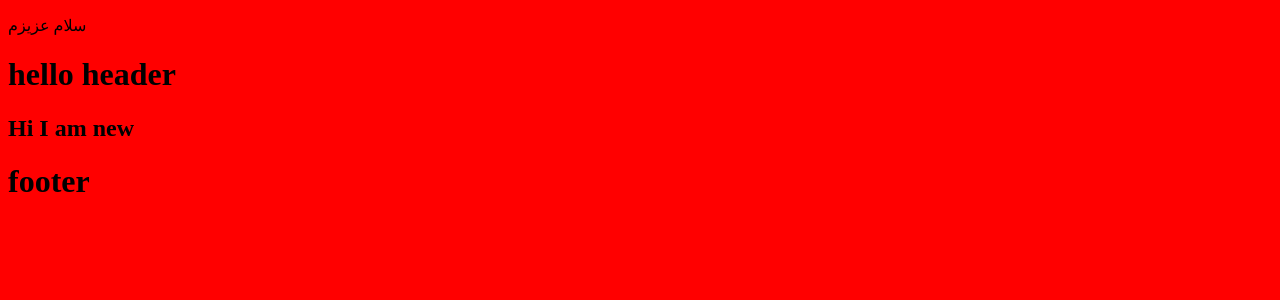
Repository: Rohullah-Noori/shop
Page: index.html
These files come from the project's save history. The page is drawn as it stood at one moment and after the next save; the edit follows.
The browser window is 1280 px wide. The pictures show the whole page.

Above is the page before, as saved 2025-03-05 17:21:46.

After the next save:
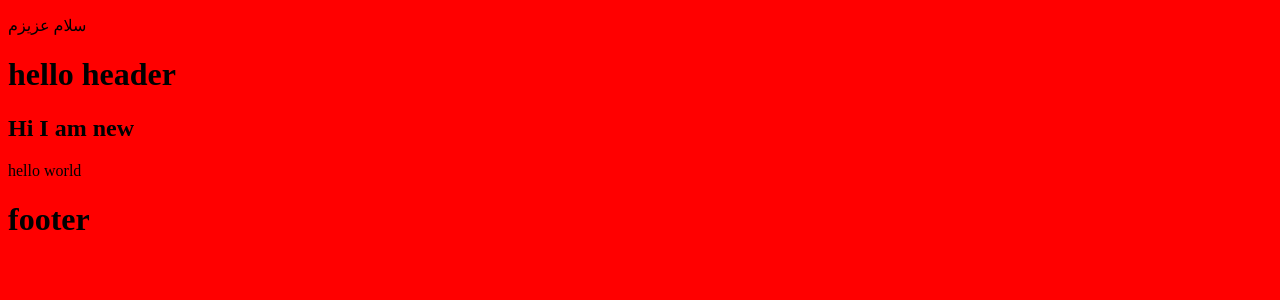
Saved 22 h 19 min later.
--- a/index.html
+++ b/index.html
@@ -14,6 +14,7 @@
     <p>سلام عزیزم</p>
     <h1>hello header</h1>
     <h2>Hi I am new</h2>
+    <header>hello world</header>
   </body>
   <footer>
     <h1>footer</h1>
